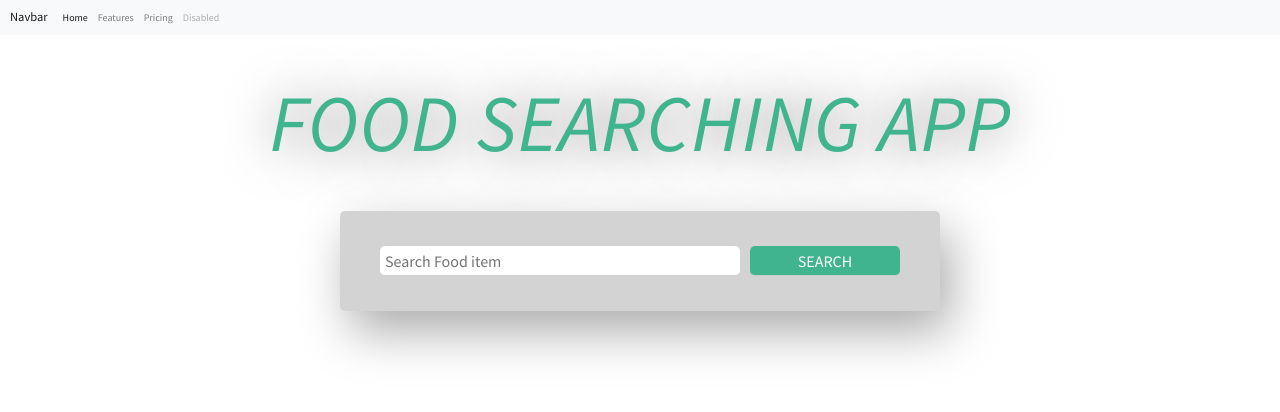
Repository: priyavmehta/React-Food-Recipe-App
Page: /search
These files come from the project's save history. The page is drawn as it stood at one moment and after the next save; the edit follows.
The browser window is 1280 px wide. The pictures show the whole page.
The project was rebuilt for these pictures with package versions that can differ from the ones it lists, and the page was loaded fresh each time. Also part of the build but not shown: src/Components/RecipeDetails.js, src/Components/Recipe.js, src/Components/Alert.js.

Above is the page before, as saved 2020-07-11 21:53:37.

### public/index.html
<!DOCTYPE html>
<html lang="en">
  <head>
    <meta charset="utf-8" />
    <link rel="icon" href="%PUBLIC_URL%/favicon.ico" />
    <meta name="viewport" content="width=device-width, initial-scale=1" />
    <meta name="theme-color" content="#000000" />
    <meta
      name="description"
      content="Web site created using create-react-app"
    />
    <link rel="apple-touch-icon" href="%PUBLIC_URL%/logo192.png" />
    <link rel="manifest" href="%PUBLIC_URL%/manifest.json" />

    <link rel="stylesheet" href="https://stackpath.bootstrapcdn.com/bootstrap/4.4.1/css/bootstrap.min.css"
        integrity="sha384-Vkoo8x4CGsO3+Hhxv8T/Q5PaXtkKtu6ug5TOeNV6gBiFeWPGFN9MuhOf23Q9Ifjh" crossorigin="anonymous">
    <script src="https://code.jquery.com/jquery-3.4.1.slim.min.js"
        integrity="sha384-J6qa4849blE2+poT4WnyKhv5vZF5SrPo0iEjwBvKU7imGFAV0wwj1yYfoRSJoZ+n"
        crossorigin="anonymous"></script>
    <script src="https://cdn.jsdelivr.net/npm/popper.js@1.16.0/dist/umd/popper.min.js"
        integrity="sha384-Q6E9RHvbIyZFJoft+2mJbHaEWldlvI9IOYy5n3zV9zzTtmI3UksdQRVvoxMfooAo"
        crossorigin="anonymous"></script>
    <script src="https://stackpath.bootstrapcdn.com/bootstrap/4.4.1/js/bootstrap.min.js"
        integrity="sha384-wfSDF2E50Y2D1uUdj0O3uMBJnjuUD4Ih7YwaYd1iqfktj0Uod8GCExl3Og8ifwB6"
        crossorigin="anonymous"></script>

    <title>Food App</title>
  </head>
  <body>
    <noscript>You need to enable JavaScript to run this app.</noscript>
    <div id="root"></div>
    <!--
      This HTML file is a template.
      If you open it directly in the browser, you will see an empty page.

      You can add webfonts, meta tags, or analytics to this file.
      The build step will place the bundled scripts into the <body> tag.

      To begin the development, run `npm start` or `yarn start`.
      To create a production bundle, use `npm run build` or `yarn build`.
    -->
  </body>
</html>

### src/App.js
import React, { useState } from 'react';
import './App.css';
import RecipeState from './context/recipe/RecipeState';
import Search from './Components/Search';
import { BrowserRouter as Router, Switch, Route } from 'react-router-dom'
import Navbar from './Components/Navbar';

const App = () => {

  return (
    <RecipeState>
      <Router>
      <Navbar />
        <div className="App">

          <Search/>
        </div>
      </Router>
    </RecipeState>
  );
}

export default App;

### src/App.css
@import url("https://fonts.googleapis.com/css?family=Source+Sans+Pro:300,300i,400,400i,600,600i,700&display=swap");

* {
  font-family: "Source Sans Pro", sans-serif;
  margin: 0;
  padding: 0;
  text-decoration: none;
  list-style-type: none;
  outline: none;
}

html {
  font-size: 62.5%;
}

.App {
  display: flex;
  flex-direction: column;
  align-items: center;
}

h1 {
  font-size: 8rem;
  letter-spacing: 0.1rem;
  font-style: italic;
  color: #40b48e;
  text-shadow: 0 0.2rem 5rem rgb(119, 115, 115);
  text-transform: uppercase;
  margin: 4rem 0;
}

.search-form {
  width: 60rem;
  height: 10rem;
  display: flex;
  justify-content: center;
  align-items: center;
  background-color: #d3d3d3;
  border-radius: 0.5rem;
  margin-bottom: 5rem;
  box-shadow: 1rem 2rem 5rem #aaa;
  position: relative;
}

.alert {
  /*position: absolute;*/
  top: -3rem;
  left: 0;
  background-color: rgb(233, 72, 72);
  width: calc(100% - 0.4rem);
  border-radius: 0.5rem;
  padding: 0.2rem;
}

.alert h3 {
  font-size: 1.8rem;
  color: #fff;
  font-weight: 400;
  text-transform: uppercase;
  text-align: center;
}

.search-form input {
  font-size: 1.6rem;
  border: none;
  border-bottom: 0.1rem solid #ccc;
  margin: 0 0.5rem;
  border-radius: 0.5rem;
  height: 3rem;
}

.search-form input[type="text"] {
  padding: 0 0.5rem;
  width: 60%;
  color: #555;
}

.search-form input[type="submit"] {
  width: 25%;
  text-transform: uppercase;
  background-color: #40b48e;
  color: #fff;
}

.recipes {
  width: 90%;
  display: flex;
  align-items: center;
  flex-wrap: wrap;
  justify-content: center;
  align-items: flex-start;
}

.recipe {
  width: 30rem;
  margin: 3rem;
  display: flex;
  flex-direction: column;
  background-color: #d3d3d3;
  padding: 2rem;
  position: relative;
  border-radius: 0.5rem;
  box-shadow: 2rem 3rem 5rem #aaa;
}

.recipe h2 {
  background-color: rgba(161, 161, 161, 0.7);
  border-radius: 0.5rem;
  padding: 0.3rem 0.5rem;
  position: absolute;
  top: 2.5rem;
  left: 2.5rem;
  right: 2.5rem;
  font-size: 2.5rem;
  font-weight: 400;
  text-shadow: 0 0.5rem 0.5rem #555;
  color: #fff;
}

.recipe img {
  border-radius: 0.5rem;
  object-fit: cover;
}

.recipe a {
  font-size: 1.8rem;
  color: #40b48e;
}

/* .recipe button {
  font-size: 2rem;
  text-transform: uppercase;
  color: #fff;
  background-color: #40b48e;
  border: none;
  border-radius: 0.5rem;
  height: 3rem;
} */

.ingredient-list {
  margin-top: 1rem;
  background-color: #f0f0f0;
  border-radius: 0.5rem;
  padding: 0.5rem;
}

.ingredient-list li {
  margin: 0.5rem 0;
}

.ingredient-text {
  font-size: 1.5rem;
  color: #888;
}

.ingredient-weight {
  color: #40b48e;
  font-size: 1.3rem;
}

### src/context/recipe/RecipeState.js
import React, { useReducer, useState, useEffect } from 'react'
import recipeContext from './recipeContext'
import recipeReducer from './recipeReducer';
import axios from 'axios'
import {SEARCH_RECIPE, SET_ALERT, REMOVE_ALERT, SET_HOME_PAGE} from '../types'

const RecipeState = (props) => {

    const initialState = {

        recipes : [],
        alert : ""
    };

    const home_recipes = []

    const [state, dispatch] = useReducer(recipeReducer, initialState);

    const YOUR_APP_ID = 'a232e31f';
    const YOUR_APP_KEY = 'd3cfbfb089b421a6f5135d309faa2604';

    // useEffect(async () => {
    //     const dosa = await axios.get(`https://api.edamam.com/search?q=dosa&app_id=${YOUR_APP_ID}&app_key=${YOUR_APP_KEY}`)
    //     const dosa_results = dosa.data.hits;
    //     home_recipes.push(dosa_results[5])
    //     home_recipes.push(dosa_results[9])

    //     const data = await axios.get(`https://api.edamam.com/search?q=pav&app_id=${YOUR_APP_ID}&app_key=${YOUR_APP_KEY}`)
    //     const results = data.data.hits;
    //     home_recipes.push(results[0])
    //     home_recipes.push(results[1])

    //     dispatch({type : SET_HOME_PAGE, payload : home_recipes})
    //     console.log("All Done")
    //     console.log(state.recipes)
    // }, [])

    const getData = async (text) => {
        if (text !== ''){
            const url = `https://api.edamam.com/search?q=${text}&app_id=${YOUR_APP_ID}&app_key=${YOUR_APP_KEY}`
            const data = await axios.get(url);
            if (!data.data.more){
                return (
                    dispatch({type : SET_ALERT, payload : "Such a food item is not available.."}),
                    setTimeout (() => dispatch({ type : REMOVE_ALERT }), 5000)
                )
            }
            dispatch({type: SEARCH_RECIPE, payload: data.data.hits})
            console.log(state.recipes)
        } else {
            dispatch ({type : SET_ALERT, payload: "Please enter something"})
            setTimeout (() => dispatch({ type : REMOVE_ALERT }), 5000)
        }

    }

    const getIndian = async () => {

    }

    return <recipeContext.Provider value = {{
            getData,
            recipes: state.recipes,
            alert : state.alert
        }
    }
    >
        {props.children}
    </recipeContext.Provider>
}

export default RecipeState

### src/Components/Search.js
import React, {Fragment, useContext, useState} from 'react'
import recipeContext from '../context/recipe/recipeContext'
import Recipe from './Recipe'
import Alert from './Alert'

const Search = () => {

    const [query, setQuery] = useState("")

    const RecipeContext = useContext(recipeContext)
    const {getData, recipes, alert} = RecipeContext

    const changeQuery = (event) => setQuery(event.target.value)

    const onSubmitQuery = (event) => {
        event.preventDefault()
        getData(query)
        setQuery("")
    }

    return (
        <Fragment>
            <h1 >Food Searching App</h1>
            { alert !== "" && <Alert/>}
            <form className = "search-form" onSubmit = {onSubmitQuery}>
                <input type="text" placeholder = "Search Food item" autoComplete = "off" onChange = {changeQuery} value = {query} />
                <input type = "submit" value = "Search" />
            </form>
            <div className = "recipes">
                {
                    recipes !== [] && (
                        recipes.map(recipe => <Recipe recipe = {recipe}/>)
                    )
                }
            </div>
        </Fragment>
    )
}

export default Search

### src/Components/Navbar.js
import React from 'react'

const Navbar = () => {
    return (
        <nav class="navbar navbar-expand-lg navbar-light bg-light">
            <a class="navbar-brand" href="#">Navbar</a>
            <button class="navbar-toggler" type="button" data-toggle="collapse" data-target="#navbarNav" aria-controls="navbarNav" aria-expanded="false" aria-label="Toggle navigation">
                <span class="navbar-toggler-icon"></span>
            </button>
            <div class="collapse navbar-collapse" id="navbarNav">
                <ul class="navbar-nav">
                <li class="nav-item active">
                    <a class="nav-link" href="#">Home <span class="sr-only">(current)</span></a>
                </li>
                <li class="nav-item">
                    <a class="nav-link" href="#">Features</a>
                </li>
                <li class="nav-item">
                    <a class="nav-link" href="#">Pricing</a>
                </li>
                <li class="nav-item">
                    <a class="nav-link disabled" href="#" tabindex="-1" aria-disabled="true">Disabled</a>
                </li>
                </ul>
            </div>
        </nav>
    )
}

export default Navbar

### src/context/recipe/recipeContext.js
import { createContext } from 'react'

const recipeContext = createContext()

export default recipeContext

### src/context/recipe/recipeReducer.js
import {SEARCH_RECIPE, SET_ALERT, REMOVE_ALERT, SET_HOME_PAGE} from '../types'

export default (state, action) => {
    switch(action.type){
        case SET_HOME_PAGE:
            return{
                ...state,
                recipes : action.payload
            }
        case REMOVE_ALERT:
            return{
                ...state,
                alert: ""
            }
        case SET_ALERT:
            return{
                ...state,
                alert: action.payload
            }
        case SEARCH_RECIPE:
            return {
                ...state,
                recipes : action.payload,
                alert: ""
            }
        default:
            return state
    }
}

### src/context/types.js
export const SEARCH_RECIPE = "SEARCH_RECIPE";
export const CHANGE_QUERY = "CHANGE_QUERY";
export const SET_ALERT = "SET_ALERT";
export const REMOVE_ALERT = "REMOVE_ALERT";
export const SET_HOME_PAGE = "SET_HOME_PAGE";

Loaded but not shown: src/index.js (common file); src/index.css (common file); src/serviceWorker.js (common file)

After the next save:
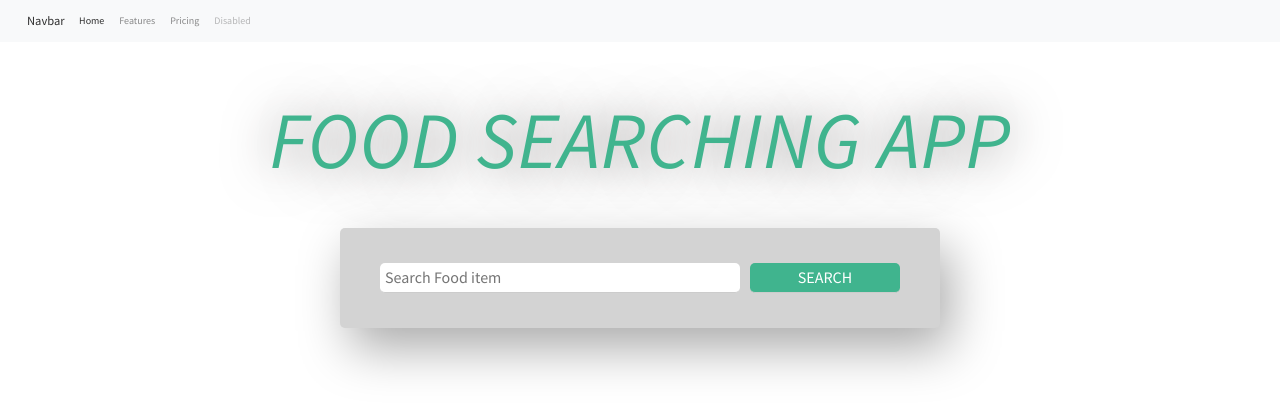
Saved 34 s later.
--- a/src/App.css
+++ b/src/App.css
@@ -157,3 +157,32 @@ h1 {
   color: #40b48e;
   font-size: 1.3rem;
 }
+
+.navbar {
+  display: flex;
+  justify-content: space-between;
+  align-items: center;
+  padding: 0.7rem 2rem;
+  z-index: 1;
+  width: 100%;
+  opacity: 0.9;
+  margin-bottom: 1rem;
+}
+
+.navbar ul {
+  display: flex;
+}
+
+.navbar a {
+  color: #fff;
+  padding: 0.45rem;
+  margin: 0 0.25rem;
+}
+
+.navbar a:hover {
+  color: var(--light-color);
+}
+
+.navbar .welcome span {
+  margin-right: 0.6rem;
+}
